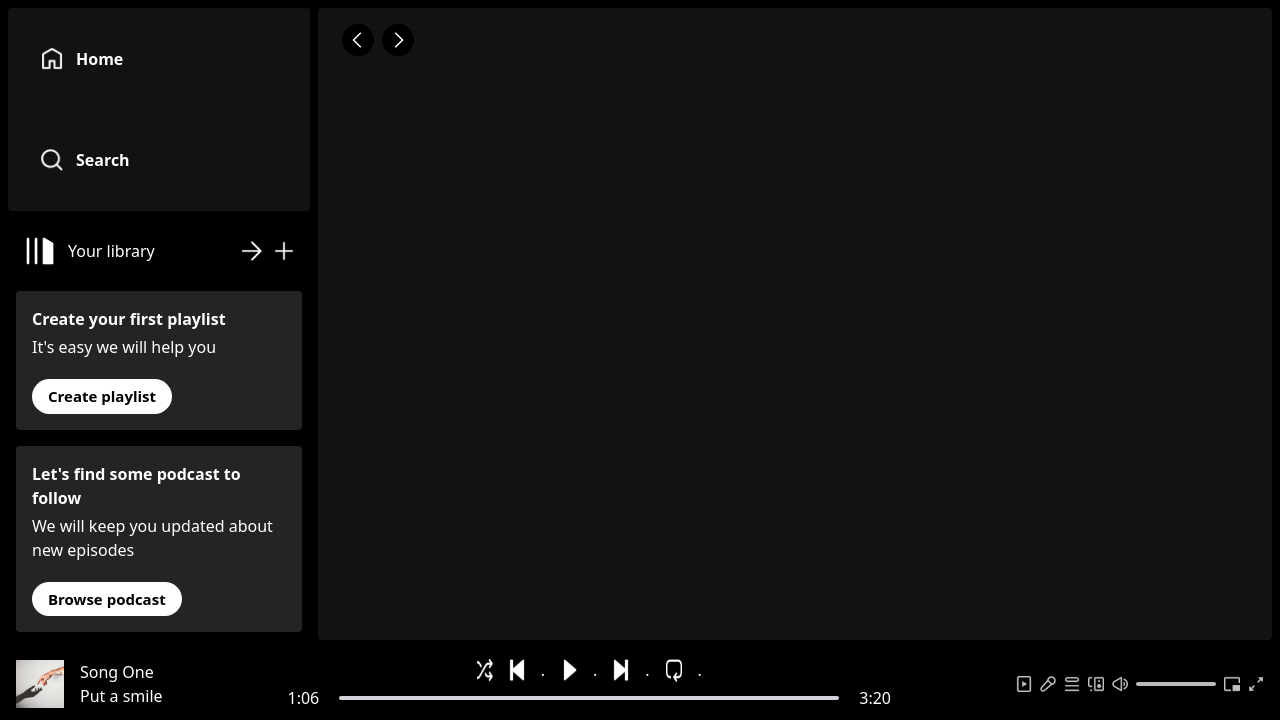
Repository: duttasayan835/Spotify_clone
Page: /
The author's editor kept a copy of each file at every save. The page is drawn from the files as they stood at one save, then again after the next save.
The browser window is 1280 px wide. The pictures show the whole page.
The project was rebuilt for these pictures with package versions that can differ from the ones it lists, and the page was loaded fresh each time. Also part of the build but not shown: vite.config.js. Imported but missing from the stored project, and not drawn on this page: src/assets/song1.mp3, src/assets/song2.mp3, src/assets/song3.mp3.

Above is the page before, as saved 2024-08-09 23:19:52.

### src/main.jsx
import { StrictMode } from "react";
import { createRoot } from "react-dom/client";
import App from "./App.jsx";
import "./index.css";
// eslint-disable-next-line no-unused-vars
import { BrowserRouter } from "react-router-dom";

createRoot(document.getElementById("root")).render(
  <StrictMode>
    <BrowserRouter>
      <App />
    </BrowserRouter>
  </StrictMode>
);

### src/App.jsx
//<<<<<<< ⌬ Tabnine Instruct <<<<<<<
// eslint-disable-next-line no-unused-vars
import React from "react";
//>>>>>>> ⌬ Tabnine Instruct >>>>>>>
import Sidebar from "./Components/Sidebar";
import Player from "./Components/Player";
import Display from "./Components/Display";
const App = () => {
  return (
    <div className="h-screen bg-black">
      <div className="h-[90%] flex">
        <Sidebar />
        <Display />
      </div>
      <Player />
    </div>
  );
};

export default App;

### src/Components/Sidebar.jsx
// eslint-disable-next-line no-unused-vars
import React from "react";
import { assets } from "../assets/assets";
import { useNavigate } from "react-router-dom";
const sidebar = () => {
  const navigate = useNavigate();
  return (
    <div className="w-[25%] h-full p-2 flex-col gap-2 text-white hidden lg:flex ">
      <div className="bg-[#121212] h-[50%] rounded flex flex-col justify-around">
        <div
          onClick={() => navigate("/")}
          className="flex items-center gap-3 pl-8 cursor-pointer"
        >
          <img className="w-6" src={assets.home_icon} alt="" />
          <p className="font-bold ">Home</p>
        </div>
        <div className="flex items-center gap-3 pl-8 cursor-pointer">
          <img className="w-6" src={assets.search_icon} alt="" />
          <p className="font-bold ">Search</p>
        </div>
      </div>
      <div className="bg-[#121212 h-[85%] rounded">
        <div className="flex items-center justify-between p-4">
          <div className="flex items-center gap-3">
            <img className="w-8 " src={assets.stack_icon} alt="" />
            <p className="font">Your library</p>
          </div>
          <div className="flex items-center gap-3">
            <img className="w-5" src={assets.arrow_icon} alt="" />
            <img className="w-5" src={assets.plus_icon} alt="" />
          </div>
        </div>
        <div className="p-4 bg-[#242424] m-2 rounded font-semibold flex flex-col items-start justify-start gap-1 pl-4 ">
          <h1>Create your first playlist</h1>
          <p className="font-light">It's easy we will help you</p>
          <button className="px-4 py-1.5 bg-white text-[15px] text-black rounded-full mt-4">
            Create playlist
          </button>
        </div>
        <div className="p-4 bg-[#242424] m-2 rounded font-semibold flex flex-col items-start justify-start gap-1 pl-4 mt-4">
          <h1>Let's find some podcast to follow</h1>
          <p className="font-light">
            We will keep you updated about new episodes
          </p>
          <button className="px-4 py-1.5 bg-white text-[15px] text-black rounded-full mt-4">
            Browse podcast
          </button>
        </div>
      </div>
    </div>
  );
};

export default sidebar;

### src/Components/Player.jsx
// eslint-disable-next-line no-unused-vars
import React from "react";
import { assets, songsData } from "../assets/assets";

const Player = () => {
  return (
    <div className="h-[10%] bg-black flex justify-between items-center text-white px-4 ">
      <div className="hidden gap-4 lg:flex item-center ">
        <img className="w-12" src={songsData[0].image} alt="" />
        <div>
          <p>{songsData[0].name}</p>
          <p>{songsData[0].desc.slice(0, 12)}</p>
        </div>
      </div>
      <div className="flex flex-col items-center gap-1 m-auto">
        <div className="flex gap-4">
          <img
            className="w-4 cursor-pointer"
            src={assets.shuffle_icon}
            alt=""
          />
          <img className="w-4 cursor-pointer" src={assets.prev_icon} alt="" />.
          <img className="w-4 cursor-pointer" src={assets.play_icon} alt="" />.
          <img className="w-4 cursor-pointer" src={assets.next_icon} alt="" />.
          <img className="w-4 cursor-pointer" src={assets.loop_icon} alt="" />.
        </div>
        <div className="flex items-center gap-5">
          <p>1:06</p>
          <div className="w-[60vw] max-w-[500px] bg-gray-300 rounded-full cursor-pointer">
            <hr className="w-0 h-1 bg-green-800 border-none rounded-full " />
          </div>
          <p>3:20</p>
        </div>
      </div>
      <div className="items-center hidden gap-2 opacity-75 lg:flex">
        <img className="w-4" src={assets.plays_icon} alt="" />
        <img className="w-4" src={assets.mic_icon} alt="" />
        <img className="w-4" src={assets.queue_icon} alt="" />
        <img className="w-4" src={assets.speaker_icon} alt="" />
        <img className="w-4" src={assets.volume_icon} alt="" />
        <div className="w-20 h-1 rounded bg-slate-50"></div>
        <img className="w-4" src={assets.mini_player_icon} alt="" />
        <img className="w-4" src={assets.zoom_icon} alt="" />
      </div>
    </div>
  );
};

export default Player;

### src/Components/Display.jsx
// eslint-disable-next-line no-unused-vars
import React from "react";
import { Route, Routes } from "react-router-dom";
import DisplayHome from "./DisplayHome";

const Display = () => {
  return (
    <div className="w-[100%] m-2 px-6 pt-4 rounded bg-[#121212] text-white overflow-auto lg:w-[75%] lg:ml-0">
      <Routes>
        <Route path="/" element={<DisplayHome />} />
      </Routes>
    </div>
  );
};

export default Display;

### src/assets/assets.js
import bell_icon from "./bell.png";
import home_icon from "./home.png";
import like_icon from "./like.png";
import loop_icon from "./loop.png";
import mic_icon from "./mic.png";
import next_icon from "./next.png";
import play_icon from "./play.png";
import pause_icon from "./pause.png";
import plays_icon from "./plays.png";
import prev_icon from "./prev.png";
import search_icon from "./search.png";
import shuffle_icon from "./shuffle.png";
import speaker_icon from "./speaker.png";
import stack_icon from "./stack.png";
import zoom_icon from "./zoom.png";
import plus_icon from "./plus.png";
import arrow_icon from "./arrow.png";
import mini_player_icon from "./mini-player.png";
import queue_icon from "./queue.png";
import volume_icon from "./volume.png";
import arrow_right from "./right_arrow.png";
import arrow_left from "./left_arrow.png";
import spotify_logo from "./spotify_logo.png";
import clock_icon from "./clock_icon.png";
import img1 from "./img1.jpg";
import img2 from "./img2.jpg";
import img3 from "./img3.jpg";
import img4 from "./img4.jpg";
import img5 from "./img5.jpg";
// eslint-disable-next-line no-unused-vars
import img6 from "./img6.jpg";
import img7 from "./img7.jpg";
import img8 from "./img8.jpg";
import img9 from "./img9.jpg";
import img10 from "./img10.jpg";
import img11 from "./img11.jpg";
import img12 from "./img12.jpg";
// eslint-disable-next-line no-unused-vars
import img13 from "./img13.jpg";
import img14 from "./img14.jpg";
import img15 from "./img15.jpg";
import img16 from "./img16.jpg";
import song1 from "./song1.mp3";
import song2 from "./song2.mp3";
import song3 from "./song3.mp3";

export const assets = {
  bell_icon,
  home_icon,
  like_icon,
  loop_icon,
  mic_icon,
  next_icon,
  play_icon,
  plays_icon,
  prev_icon,
  search_icon,
  shuffle_icon,
  speaker_icon,
  stack_icon,
  zoom_icon,
  plus_icon,
  arrow_icon,
  mini_player_icon,
  volume_icon,
  queue_icon,
  pause_icon,
  arrow_left,
  arrow_right,
  spotify_logo,
  clock_icon,
};

export const albumsData = [
  {
    id: 0,
    name: "Top 50 Global",
    image: img8,
    desc: "Your weekly update of the most played tracks",
    bgColor: "#2a4365",
  },
  {
    id: 1,
    name: "Top 50 India",
    image: img9,
    desc: "Your weekly update of the most played tracks",
    bgColor: "#22543d",
  },
  {
    id: 2,
    name: "Trending India",
    image: img10,
    desc: "Your weekly update of the most played tracks",
    bgColor: "#742a2a",
  },
  {
    id: 3,
    name: "Trending Global",
    image: img16,
    desc: "Your weekly update of the most played tracks",
    bgColor: "#44337a",
  },
  {
    id: 4,
    name: "Mega Hits,",
    image: img11,
    desc: "Your weekly update of the most played tracks",
    bgColor: "#234e52",
  },
  {
    id: 5,
    name: "Happy Favorites",
    image: img15,
    desc: "Your weekly update of the most played tracks",
    bgColor: "#744210",
  },
];

export const songsData = [
  {
    id: 0,
    name: "Song One",
    image: img1,
    file: song1,
    desc: "Put a smile on your face with these happy tunes",
    duration: "3:00",
  },
  {
    id: 1,
    name: "Song Two",
    image: img2,
    file: song2,
    desc: "Put a smile on your face with these happy tunes",
    duration: "2:20",
  },
  {
    id: 2,
    name: "Song Three",
    image: img3,
    file: song3,
    desc: "Put a smile on your face with these happy tunes",
    duration: "2:32",
  },
  {
    id: 3,
    name: "Song Four",
    image: img4,
    file: song1,
    desc: "Put a smile on your face with these happy tunes",
    duration: "2:50",
  },
  {
    id: 4,
    name: "Song Five",
    image: img5,
    file: song2,
    desc: "Put a smile on your face with these happy tunes",
    duration: "3:10",
  },
  {
    id: 5,
    name: "Song Six",
    image: img14,
    file: song3,
    desc: "Put a smile on your face with these happy tunes",
    duration: "2:45",
  },
  {
    id: 6,
    name: "Song Seven",
    image: img7,
    file: song1,
    desc: "Put a smile on your face with these happy tunes",
    duration: "2:18",
  },
  {
    id: 7,
    name: "Song Eight",
    image: img12,
    file: song2,
    desc: "Put a smile on your face with these happy tunes",
    duration: "2:35",
  },
];

### src/Components/DisplayHome.jsx
import React from "react";
import Navbar from "./Navbar";

const DisplayHome = () => {
  return (
    <>
      <Navbar />
    </>
  );
};

export default DisplayHome;

### src/Components/Navbar.jsx
// eslint-disable-next-line no-unused-vars
import React from "react";
import { assets } from "../assets/assets";
const Navbar = () => {
  return (
    <>
      <div className="flex items-center justify-between w-full font-semibold">
        <div className="flex items-center gap-2">
          <img
            className="w-8 p-2 bg-black cursor-pointer rounded-2xl"
            src={assets.arrow_left}
            alt=""
          />
          <img
            className="w-8 p-2 bg-black cursor-pointer rounded-2xl"
            src={assets.arrow_right}
            alt=""
          />
        </div>
      </div>
    </>
  );
};

export default Navbar;

Loaded but not shown: src/index.css (common file); tailwind.config.js (common file)

After the next save:
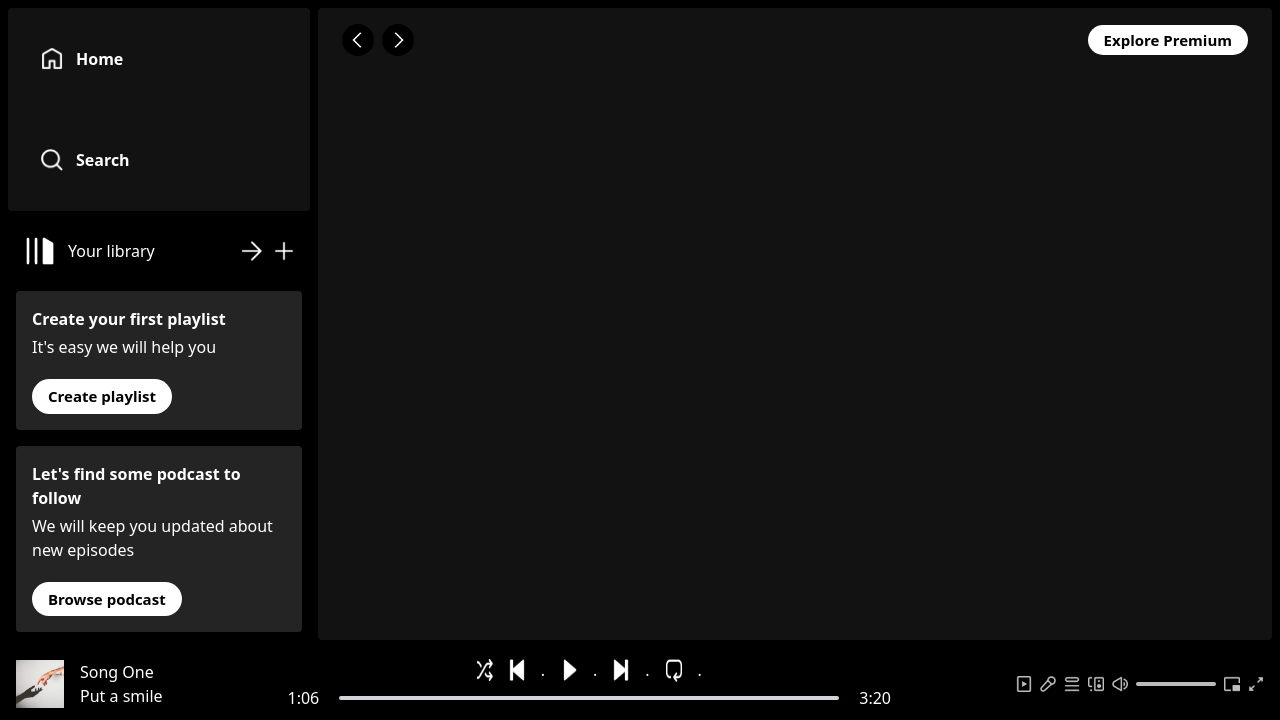
Saved 2 min 6 s later.
--- a/src/Components/Navbar.jsx
+++ b/src/Components/Navbar.jsx
@@ -17,6 +17,11 @@
             alt=""
           />
         </div>
+        <div className="flex items-center gap-4">
+          <p className="bg-white text-black text-[15px] px-4 py-1 rounded-2xl hidden md:block">
+            Explore Premium
+          </p>
+        </div>
       </div>
     </>
   );
